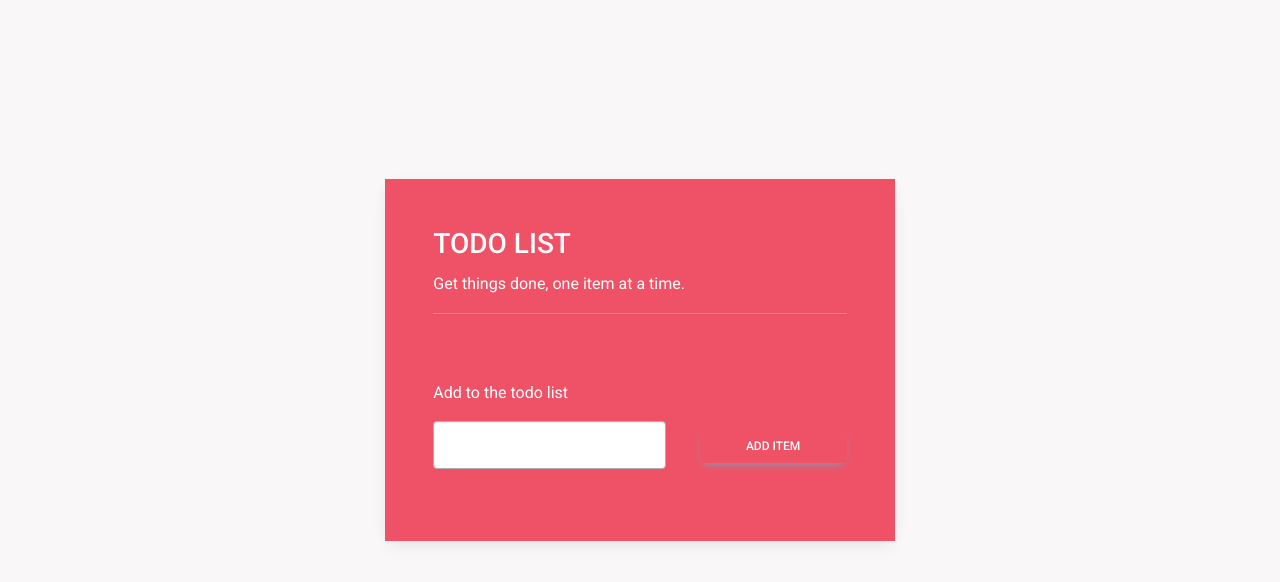
Repository: TinhTT336/MD02_HACKATHON01_HN_JV230620_BS_TranThiTinh_Basic
Page: /
These files come from the project's save history. The page is drawn as it stood at one moment and after the next save; the edit follows.
The browser window is 1280 px wide. The pictures show the whole page.
Some web libraries are served in a nearby version. The project was rebuilt for these pictures with package versions that can differ from the ones it lists, and the page was loaded fresh each time. Also part of the build but not shown: vite.config.js, src/App.css.

Above is the page before, as saved 2023-09-05 11:39:02.

After the next save:
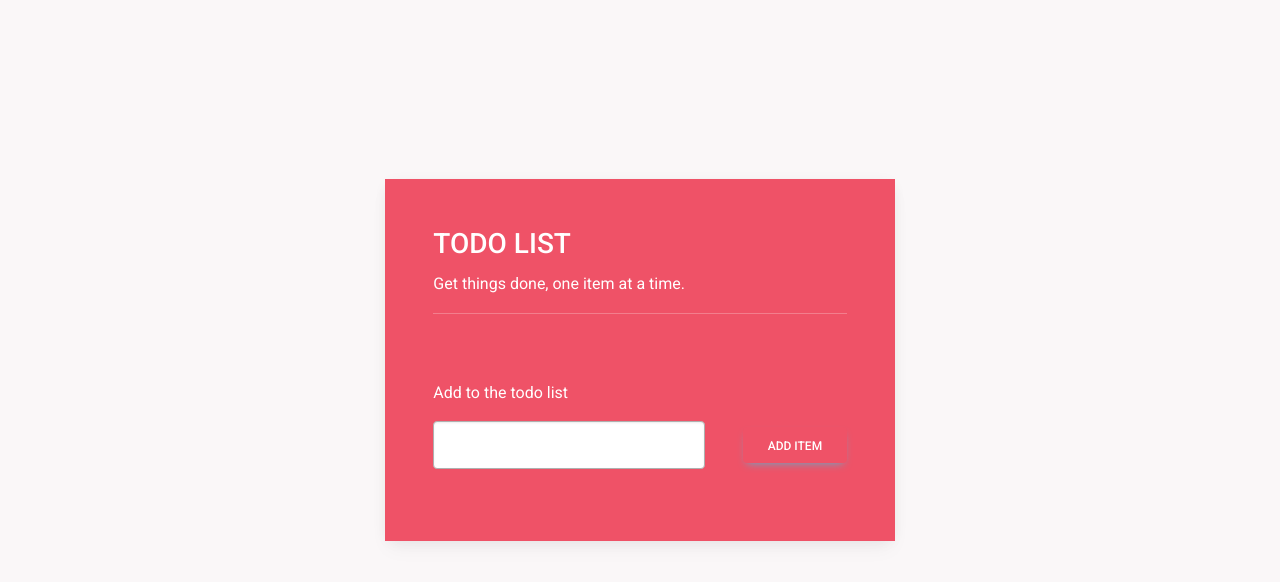
Saved 9 s later.
--- a/src/index.css
+++ b/src/index.css
@@ -94,5 +94,5 @@ body {
 .btn-info {
   background-color: #ef5267 !important;
   border-color: #fff !important;
-  width: 50% !important;
+  width: 30% !important;
 }
